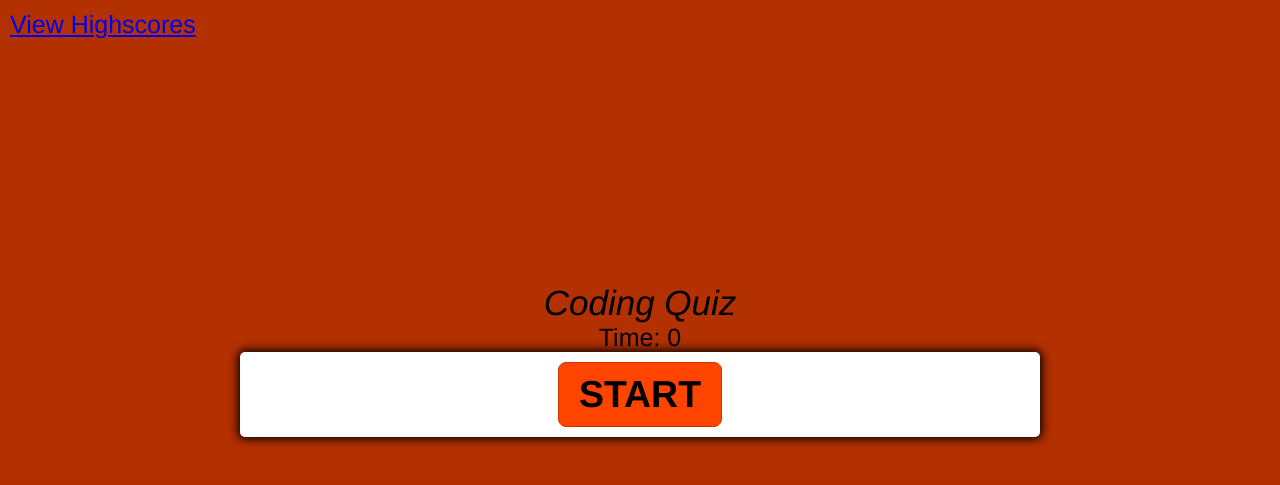
Repository: Vshepard879/Code-Quiz
Page: index.html
These files come from the project's save history. The page is drawn as it stood at one moment and after the next save; the edit follows.
The browser window is 1280 px wide. The pictures show the whole page.

Above is the page before, as saved 2022-03-18 20:13:01.

### index.html
<!DOCTYPE html>
<html lang="en">
<head>
    <meta charset="UTF-8">
    <meta http-equiv="X-UA-Compatible" content="IE=edge">
    <meta name="viewport" content="width=device-width, initial-scale=1.0">
    <link href="./assets/css/style.css" link rel="stylesheet">
    <script defer src="./assets/js/script.js"></script>
    <title>Quiz App</title>
</head>

<body>
    <header>Coding Quiz</header>
    <div class ="scores"><a href="score.html">View Highscores</a></div>

    <div class="timer">Time: <span id="time">0</span></div>

    <!--Start Quiz Container-->
    <div class="container">
        <div id="question-container" class="hide">
                <div id="question">Question</div>
                <div id="answer-buttons" class="btn-grid">
                <button class="btn">Answer 1</button>
                <button class="btn">Answer 2</button>
                <button class="btn">Answer 3</button>
                <button class="btn">Answer 4</button>
            </div>
        </div>
        <div class="controls counts">
            <button id="start-btn" class="start-btn btn">START</button>
            <button id="next-btn" class="next-btn btn hide">Next</button>
        </div>

        <div id="end-screen" class="hide">
            <h2>All done!</h2>
            <p>Your final score is <span id="final-score"></span>.</p>
            <p>
              Enter initials: <input type="text" id="initials" max="3" />
              <button id="submit">Submit</button>
            </p>
          </div>

          <div id="feedback" class="feedback hide"></div>

    </div>
</body>
</html>

### assets/css/style.css
*, *::before, *::after {
    box-sizing: border-box;
    font-family: 'Franklin Gothic Medium', 'Arial Narrow', Arial, sans-serif;
    font-size: 25px;
}

:root {
    --hue-neutral: 16;
    --hue-wrong: 0;
    --hue-correct: 145;
}

header {
    font-style: italic;
    font-size: 35px;
}
body{
    --hue: var(--hue-neutral);
    padding: 0;
    margin: 0;
    display: flex;
    flex-direction: column;
    width: 100vw;
    height: 100vh;
    justify-content:center;
    align-items:center;
    background-color:hsl(var(--hue), 100%, 35%);
}

.quiz-time-left {
    color: black;
    display: flexbox;
    flex-direction: row;
}

.scores {
    position: absolute;
    top: 10px;
    left: 10px;
  }


div.container {
    width: 800px;
    max-width: 70%;
    background-color: white;
    border-radius: 5px;
    padding: 10px;
    box-shadow: 0 0 10px 2px;
    display: flexbox;


}

.btn-grid {
    display: grid;
    grid-template-columns: repeat(2, auto);
    gap: 15px;
    margin: 20px 0;
}


.btn {
    --hue: var(--hue-neutral);
    border: 1px solid hsl(var(--hue),100%, 40%);
    background-color: hsl(var(--hue), 100%, 50%);
    border-radius: 8px;
    padding: 5px 10px;
    color: black;
    outline: none;
}

.btn:hover {
    border-color: black;
}

.btn.correct {
    --hue: var(--hue-correct)
}

.btn.wrong {
    --hue: var(--hue-wrong)
}

.start-btn, .next-btn {
    font-size: 1.5rem;
    font-weight: bold;
    padding: 10px 20px;
}

.controls {
    display: flex;
    justify-content: center;
    align-items: center;
    gap: 5px;
}

.hide {
    display: none;
}

### assets/js/script.js
const startButton = document.getElementById('start-btn')
const nextButton = document.getElementById('next-btn')
const questionContainerElement = document.getElementById('question-container')
const questionElement = document.getElementById( 'question')
const answerButtonsElement = document.getElementById('answer-buttons')
let shuffledQuestions, currentQuestionIndex

startButton.addEventListener('click', startQuiz)
nextButton.addEventListener('click', () => {
    currentQuestionIndex++
    setNextQuestion()
})
// function that starts the Quiz

function startQuiz() {
startButton.classList.add('hide')
 shuffledQuestions = questions.sort(() => Math.random() - .5)
currentQuestionIndex = 0
questionContainerElement.classList.remove('hide')
setNextQuestion()
}
// Timer Function


function setNextQuestion() {
    resetState()
    showQuestion(shuffledQuestions[currentQuestionIndex])
    }
function showQuestion(question) {
    questionElement.innerText =question.question
    question.answers.forEach(answer => {
        const button = document.createElement('button')
        button.innerText = answer.text
        button.classList.add('btn')
      if   (answer.correct) {
          button.dataset.correct = answer.correct
      }
      button.addEventListener('click', selectAnswer)
      answerButtonsElement.appendChild(button)
    })
}
// this function is used to reset each question
function resetState() {
    nextButton.classList.add('hide')
    while (answerButtonsElement.firstChild) {
        answerButtonsElement.removeChild
        (answerButtonsElement.firstChild)
    }
}
function selectAnswer(v) {
const selectedButton = v.target
const correct =selectedButton.dataset.correct
setStatusClass(document.body, correct)
Array.from(answerButtonsElement.children).forEach(button => {
    setStatusClass(button, button.dataset.correct)
})
if (shuffledQuestions.length > currentQuestionIndex +1) {
    nextButton.classList.remove('hide')
} else {
    startButton.innerText = 'Restart'
    startButton.classList.remove('hide')
}
nextButton.classList.remove('hide')
}

function setStatusClass(element, correct) {
    clearStatusClass(element)
    if (correct) {
        element.classList.add('correct')
    } else {
        element.classList.add('wrong')
    }

    function clearStatusClass(element) {
        element.classList.remove('correct')
        element.classList.remove('wrong')
    }

}
// the arrays of questions and answers
const questions = [
    {
        question: 'Which of these is not one of the 3 Initial coding languages?',
        answers: [
            { text:'Python', correct: true},
            { text:'HTML', correct: false},
            { text:'CSS', correct: false},
            { text:'JavaScript', correct: false},
        ]
    },
    {
        question: 'What does the C in CSS stand for?',
        answers: [
            { text:'Chocolate', correct: false},
            { text:'Corporate', correct: false},
            { text:'Cascading', correct: true},
            { text:'Computer', correct: false},
        ]
    },
    {
        question: 'Arrays in Javascript can be used to store?',
        answers: [
            { text:'Numbers and Strings', correct: false},
            { text:'Booleans', correct: false},
            { text:'Other Arrays', correct: false},
            { text:'All of the above', correct: true},
        ]
    },
    {
        question: 'The condition in an if/else statement are store in?',
        answers: [
            { text:'Parenthesis', correct: true},
            { text:'curly brackets', correct: false},
            { text:'brackets', correct: false},
            { text:'commas', correct: false},
        ]},
        {
            question: 'A very useful tool during the development and debugging stage used to print to the debugger is?',
            answers: [
                { text:'Array', correct: false},
                { text:'.dataset', correct: false},
                { text:'console.log', correct: true},
                { text:'=>', correct: false},
            ]},
            {
                question: 'Commonly used data types do not include?',
                answers: [
                    { text:'Booleans', correct: false},
                    { text:'Strings', correct: false},
                    { text:'Numbers', correct: false},
                    { text:'Alerts', correct: true},
                ]},
            ]

After the next save:
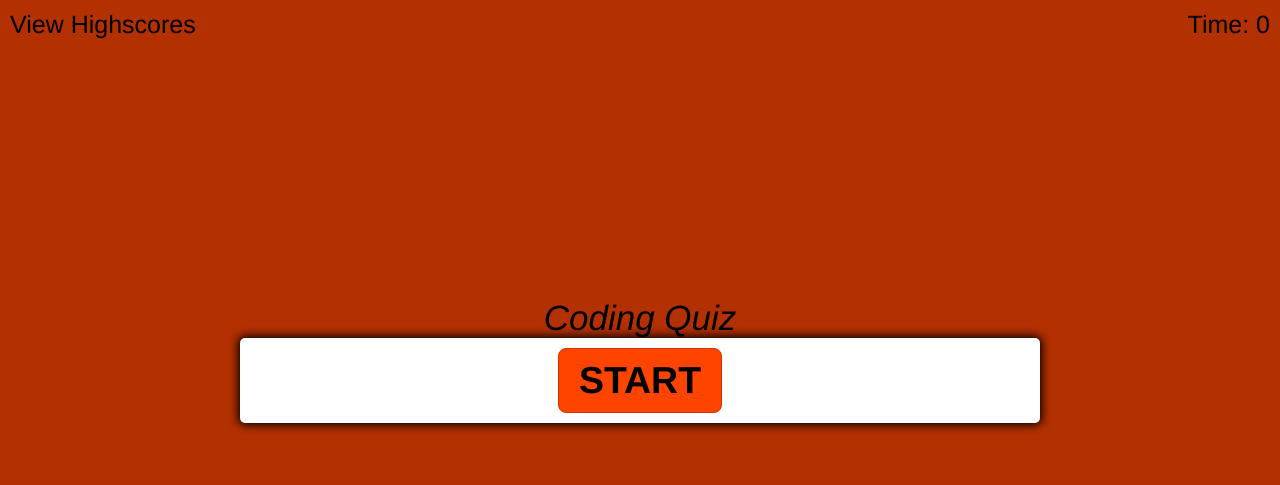
Saved 3 min 43 s later.
--- a/assets/css/style.css
+++ b/assets/css/style.css
@@ -38,6 +38,20 @@ body{
     top: 10px;
     left: 10px;
   }
+
+  .timer {
+    position: absolute;
+    top: 10px;
+    right: 10px;}
+
+    a {
+        color: black;
+        text-decoration: none;
+        transition: color 0.1s;
+      }
+
+      a:hover {
+        color: #70707a;}
 
 
 div.container {
